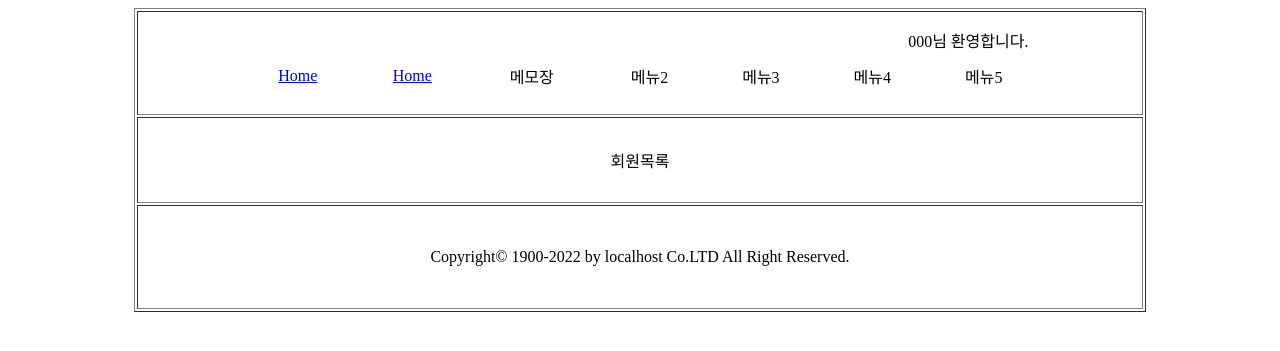
Repository: Mildous/HKIT-BackendClass
Page: http://localhost/jspPortfolioModel1/main/main.jsp?menuGubun=member_list
The author's editor kept a copy of each file at every save. The page is drawn from the files as they stood at one save, then again after the next save.
The browser window is 1280 px wide. The pictures show the whole page.
The page is served by Tomcat 9. Other server files are loaded and not shown.

Above is the page before, as saved 2022-08-18 01:21:23.

### workspace/jsp/jspPortfolioModel1/WebContent/main/main.jsp
<%@ page language="java" contentType="text/html; charset=UTF-8"
    pageEncoding="UTF-8"%>
<%@ include file="../_include/inc_header.jsp" %>
<%
	String menuGubun = request.getParameter("menuGubun");

	if(menuGubun == null || menuGubun.equals("")) {
		//menuGubun = "member_list";

/*		out.println("<script>");
		out.println("location.href='error.jsp?errorCode=001';");
		out.println("</script>");
*/
	}

%>
<!DOCTYPE html>
<html>
<head>
<meta charset="UTF-8">
<title>Insert title here</title>
</head>
<body>

<table border="1" width="80%" align="center">
	<tr>
		<td height="100px;" align="center">
			<jsp:include page="../_include/inc_menu.jsp" flush="true" />
		</td>
	</tr>
	<tr>
		<td align="center" style="padding: 30px 0px 30px 0px;">
			<% if(menuGubun.equals("member_list")) { %>
				회원목록
			<% } else if(menuGubun.equals("member_view")) { %>
				회원상세보기
			<% } else if(menuGubun.equals("member_insert")) { %>
				회원등록
			<% } else if(menuGubun.equals("member_edit")) { %>
				회원수정
			<% } else if(menuGubun.equals("member_delete")) { %>
				회원삭제

			<% } else if(menuGubun.equals("product_list")) { %>
				상품목록
			<% } else if(menuGubun.equals("product_view")) { %>
				상품상세보기
			<% } else if(menuGubun.equals("product_insert")) { %>
				상품등록
			<% } else if(menuGubun.equals("product_edit")) { %>
				상품수정
			<% } else if(menuGubun.equals("product_delete")) { %>
				상품삭제
			<% } %>

		</td>
	</tr>
	<tr>
		<td height="100px;" align="center">
			<jsp:include page="../_include/inc_copyright.jsp" flush="true" />
		</td>
	</tr>
</table>
</body>
</html>

### workspace/jsp/jspPortfolioModel1/WebContent/_include/inc_header.jsp
<%@ page language="java" contentType="text/html; charset=UTF-8"
    pageEncoding="UTF-8"%>
<%
	request.setCharacterEncoding("utf-8");

	String path = request.getContextPath();

%>

### workspace/jsp/jspPortfolioModel1/WebContent/_include/inc_menu.jsp
<%@ page language="java" contentType="text/html; charset=UTF-8"
    pageEncoding="UTF-8"%>
<%@ include file="../_include/inc_header.jsp" %>

<table align="center" width="80%">
	<tr>
		<td colspan="10" align="right" style="padding: 0px 10px 0px 10px;">
			000님 환영합니다.
		</td>
	</tr>
	<tr>
		<td align="center" style="padding: 10px;">
			<a href="<%= path %>">Home</a>
		</td>
		<td align="center" style="padding: 10px;">
			<a href="<%= path %>/main/main.jsp?menuGubun=member_list">Home</a>
		</td>
		<td align="center" style="padding: 10px;">
			메모장
		</td>
		<td align="center" style="padding: 10px;">
			메뉴2
		</td>
		<td align="center" style="padding: 10px;">
			메뉴3
		</td>
		<td align="center" style="padding: 10px;">
			메뉴4
		</td>
		<td align="center" style="padding: 10px;">
			메뉴5
		</td>
	</tr>
</table>

### workspace/jsp/jspPortfolioModel1/WebContent/_include/inc_copyright.jsp
<%@ page language="java" contentType="text/html; charset=UTF-8"
    pageEncoding="UTF-8"%>

<table align="center">
	<tr>
		<td align="center" style="padding: 0px;">
			Copyright&copy; 1900-2022 by localhost Co.LTD All Right Reserved.
		</td>
	</tr>
</table>

After the next save:
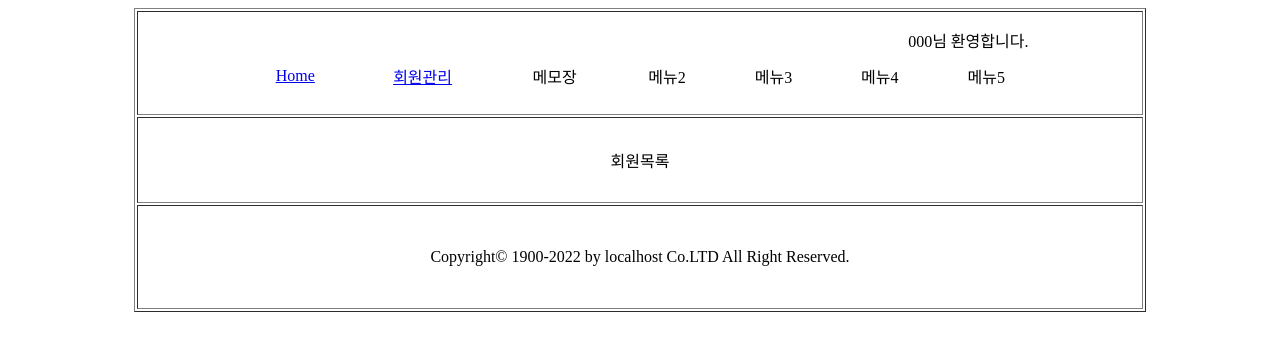
Saved 16 s later.
--- a/workspace/jsp/jspPortfolioModel1/WebContent/_include/inc_menu.jsp
+++ b/workspace/jsp/jspPortfolioModel1/WebContent/_include/inc_menu.jsp
@@ -13,7 +13,7 @@
 			<a href="<%= path %>">Home</a>
 		</td>
 		<td align="center" style="padding: 10px;">
-			<a href="<%= path %>/main/main.jsp?menuGubun=member_list">Home</a>
+			<a href="<%= path %>/main/main.jsp?menuGubun=member_list">회원관리</a>
 		</td>
 		<td align="center" style="padding: 10px;">
 			메모장
